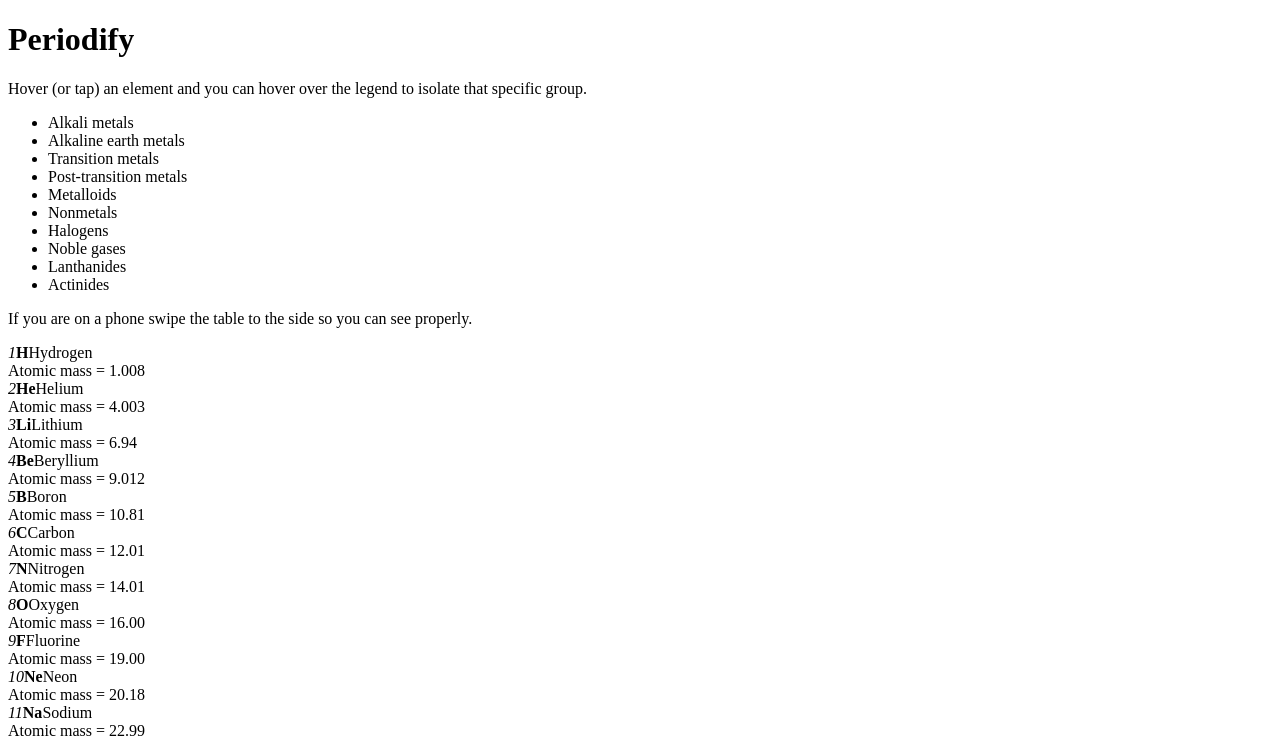
Repository: manayparikh1/Periodify
Page: index.html
An editor plug-in stored every save of this project. The page is shown before and after the next save, followed by the edit.
The browser window is 1280 px wide. The pictures show the whole page.

Above is the page before, as saved 2026-10-11 21:26:17.

After the next save:
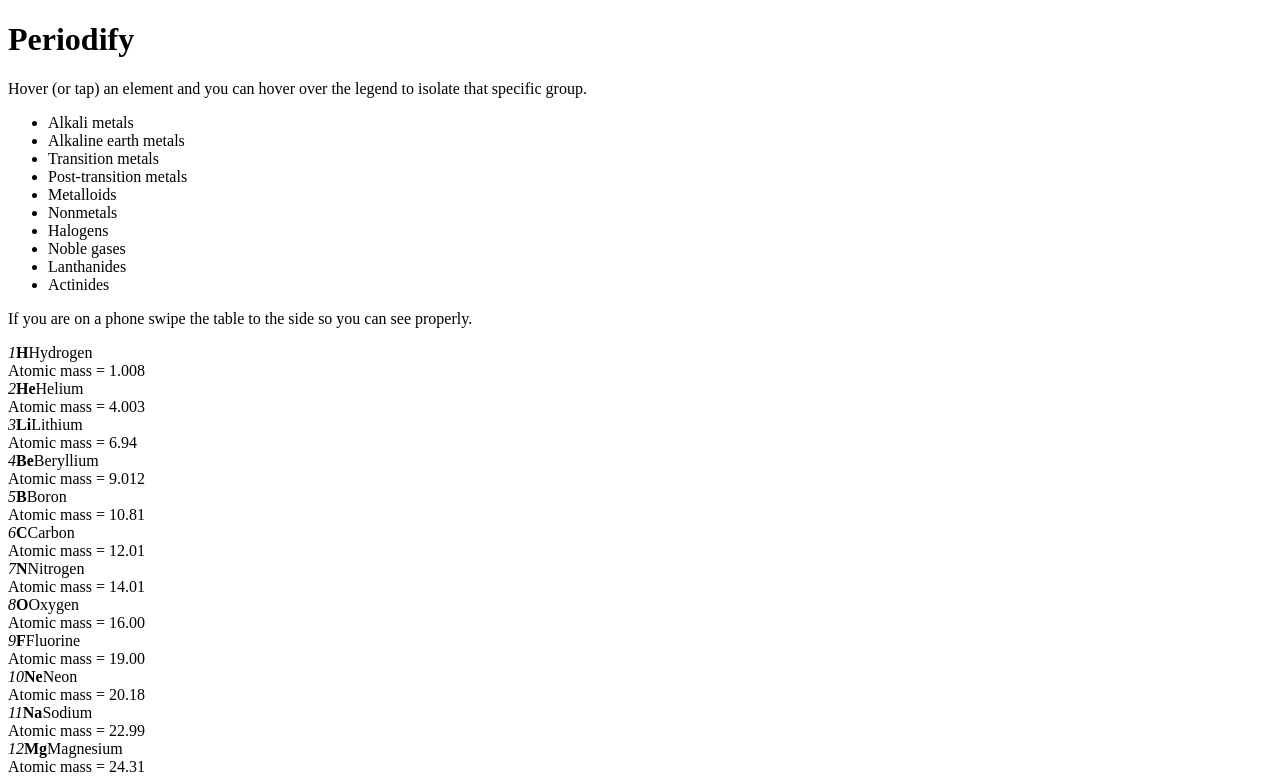
Saved 51 min 35 s later.
--- a/index.html
+++ b/index.html
@@ -47,6 +47,9 @@
             <div class="el ng" tabindex="0"><i>10</i><b>Ne</b><span>Neon<br>Atomic mass = 20.18</span></div>
             <!-- The third period -->
             <div class="el ak" tabindex="0"><i>11</i><b>Na</b><span>Sodium<br>Atomic mass = 22.99</span></div>
+            <div class="el ae" tabindex="0"><i>12</i><b>Mg</b><span>Magnesium<br>Atomic mass = 24.31</span></div>
+            <div class="gap" style="--n:10"></div>
+
         </div>
     </div>
 </body>
